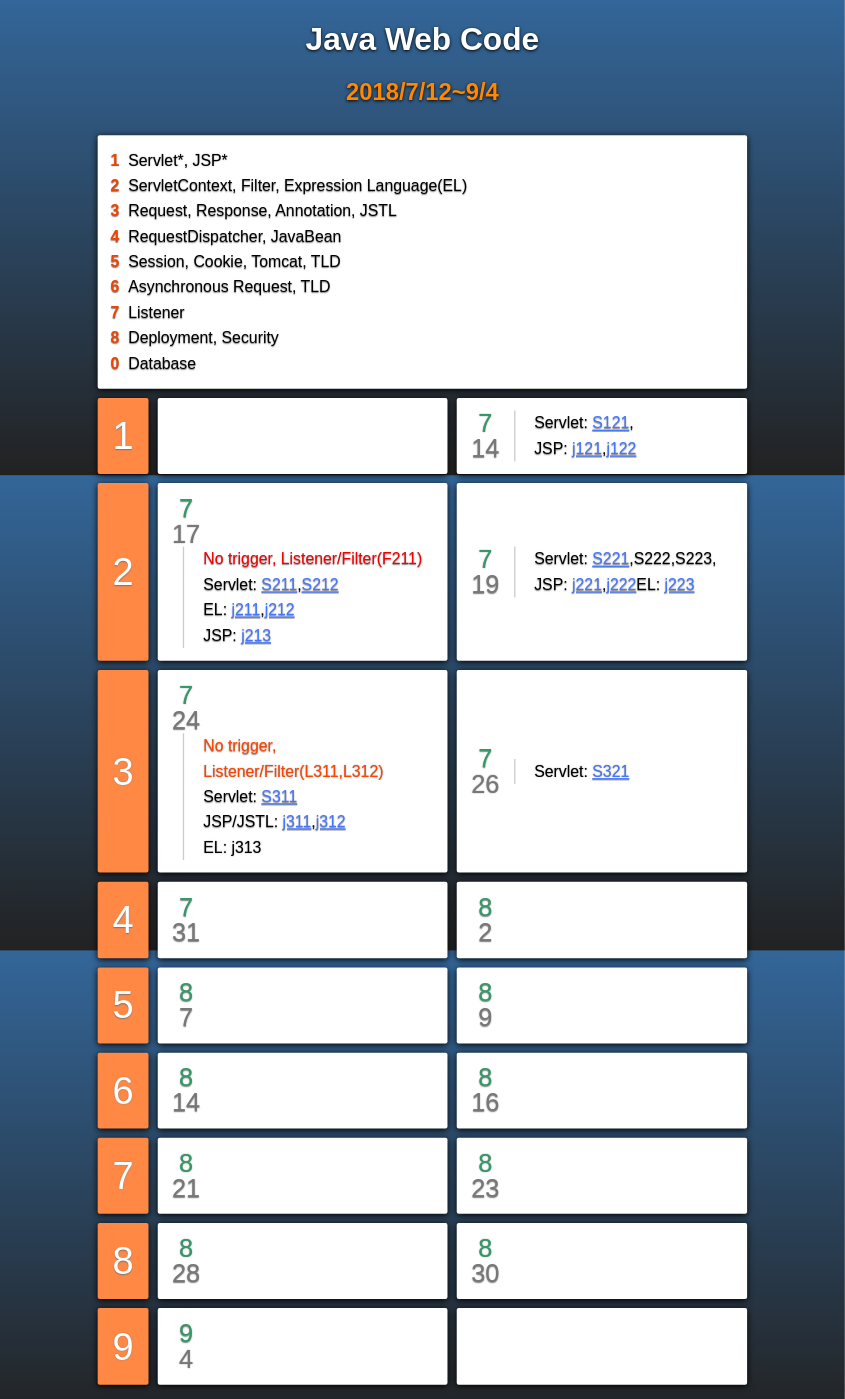
Repository: anxhuang/Java_Web
Page: http://localhost/code/index.jsp
The author's editor kept a copy of each file at every save. The page is drawn from the files as they stood at one save, then again after the next save.
The browser window is 1280 px wide. The pictures show the whole page, at 66% of full size.
Backgrounds fixed to the window are drawn as part of the page. The page is served by Tomcat 9.

Above is the page before, as saved 2018-07-26 11:20:01.

After the next save:
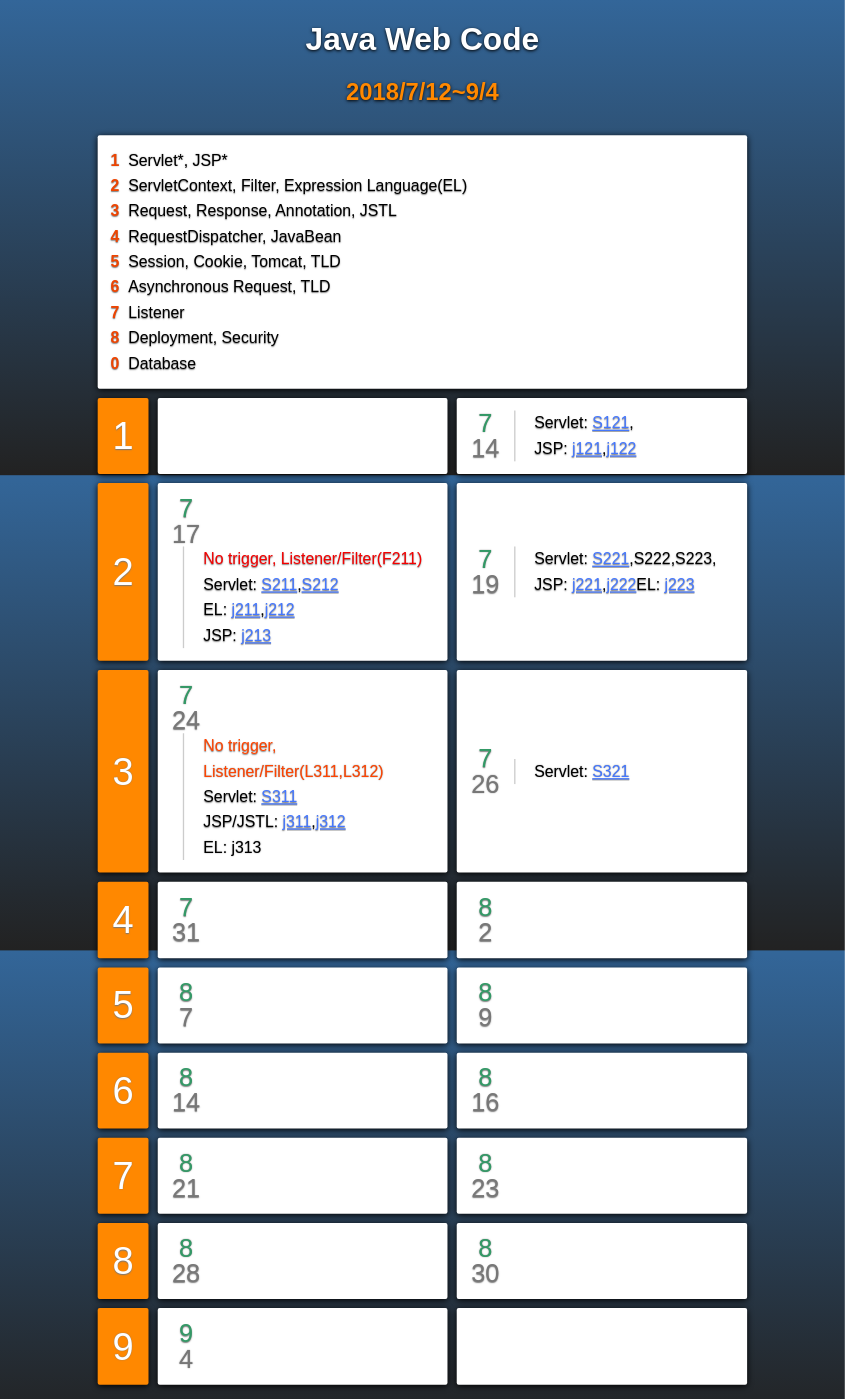
Saved 6 s later.
--- a/code/WebContent/index.jsp
+++ b/code/WebContent/index.jsp
@@ -27,7 +27,7 @@
 	}
 	.orange{
 		color: #FFF;
-		background: #F84;
+		background: #F80;
 		font-size: 0.6in;
 		text-align: center;
 	}
